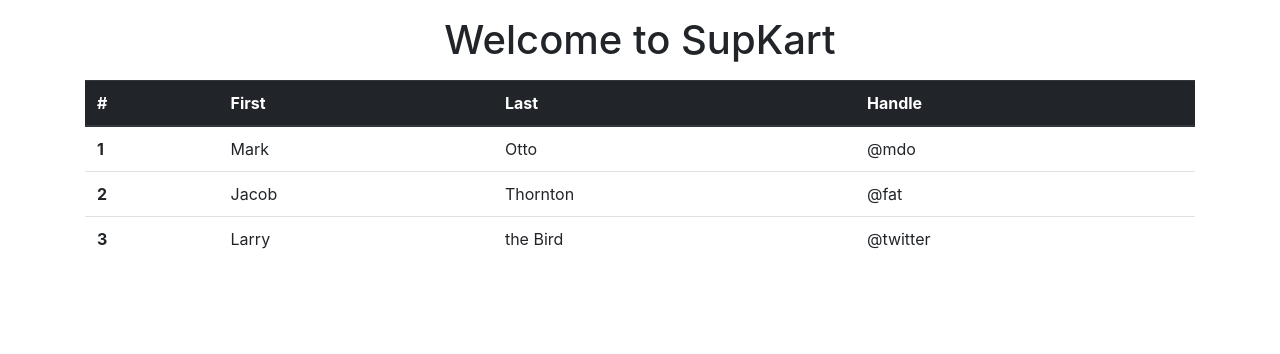
Repository: supranshu/Shoppig_CRUD_Website
Page: http://localhost/productcrudapp/WEB-INF/views/index.jsp
An editor plug-in stored every save of this project. The page is shown before and after the next save, followed by the edit.
The browser window is 1280 px wide. The pictures show the whole page.
Some web libraries are served in a nearby version. The page is served by Tomcat 9. Nobody is signed in. The template is opened directly, without the code that normally fills it, so the values that code supplies are empty.

Above is the page before, as saved 2023-06-09 11:16:07.

After the next save:
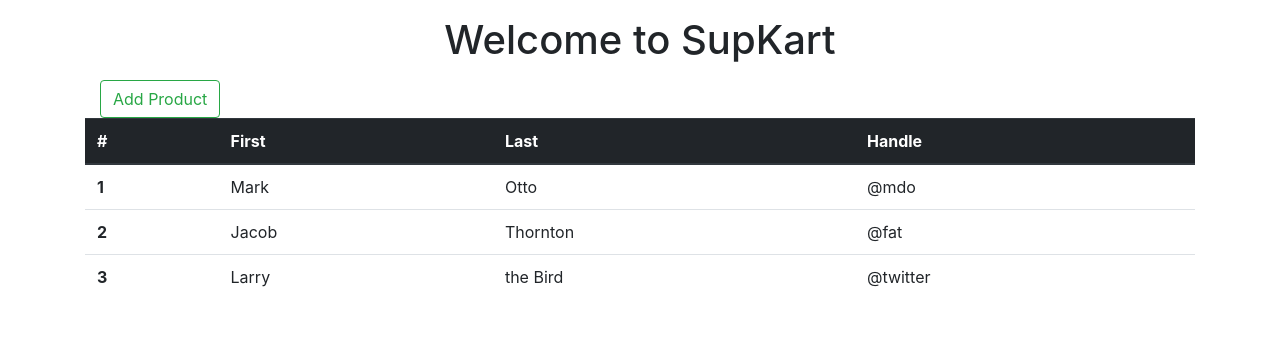
Saved 108 s later.
--- a/productcrudapp/src/main/webapp/WEB-INF/views/index.jsp
+++ b/productcrudapp/src/main/webapp/WEB-INF/views/index.jsp
@@ -42,6 +42,11 @@
       <td>@twitter</td>
     </tr>
   </tbody>
+
+  <div class="container">
+  	<a href="add-product" class="btn btn-outline-success">Add Product</a>
+  </div>
+
 </table>
 
 		</div>

After the save that followed:
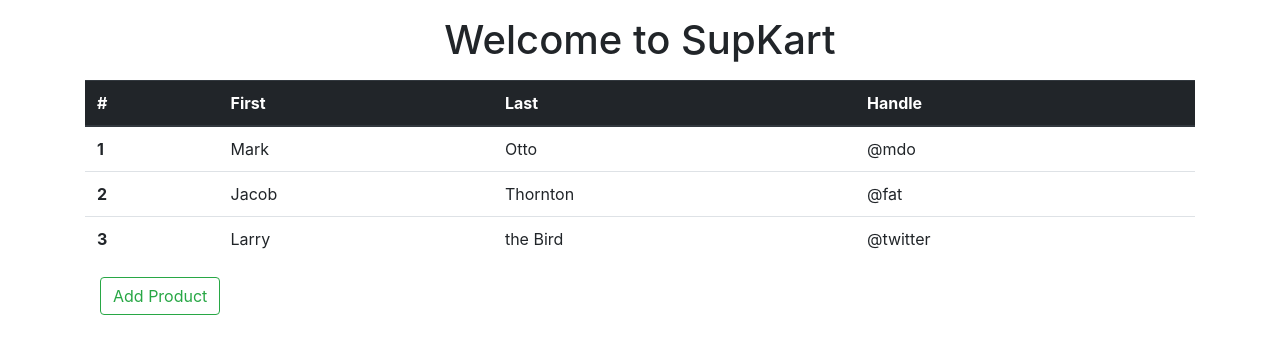
Saved 23 s later.
--- a/productcrudapp/src/main/webapp/WEB-INF/views/index.jsp
+++ b/productcrudapp/src/main/webapp/WEB-INF/views/index.jsp
@@ -43,11 +43,10 @@
     </tr>
   </tbody>
 
-  <div class="container">
+</table>
+<div class="container">
   	<a href="add-product" class="btn btn-outline-success">Add Product</a>
   </div>
-
-</table>
 
 		</div>
 	</div>
